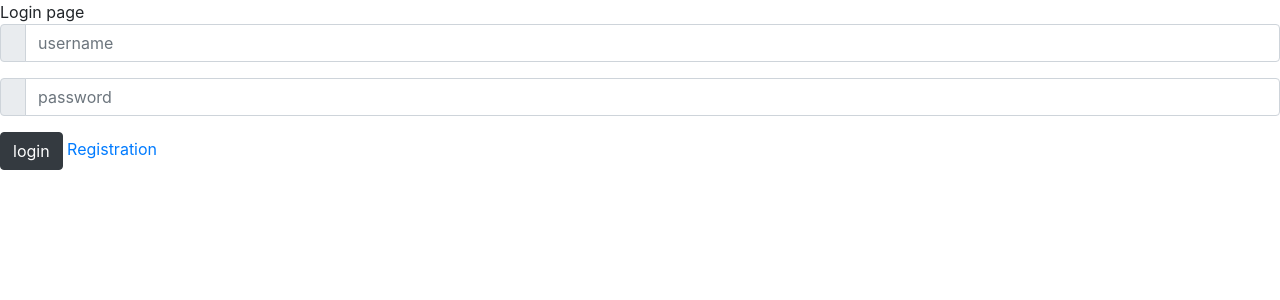
Repository: vishnushelke/LoginPage
Page: http://localhost/MyLoginPage/Login.jsp
These files come from the project's save history. The page is drawn as it stood at one moment and after the next save; the edit follows.
The browser window is 1280 px wide. The pictures show the whole page.
The page is served by Tomcat 9.

Above is the page before, as saved 2019-10-10 06:14:33.

After the next save:
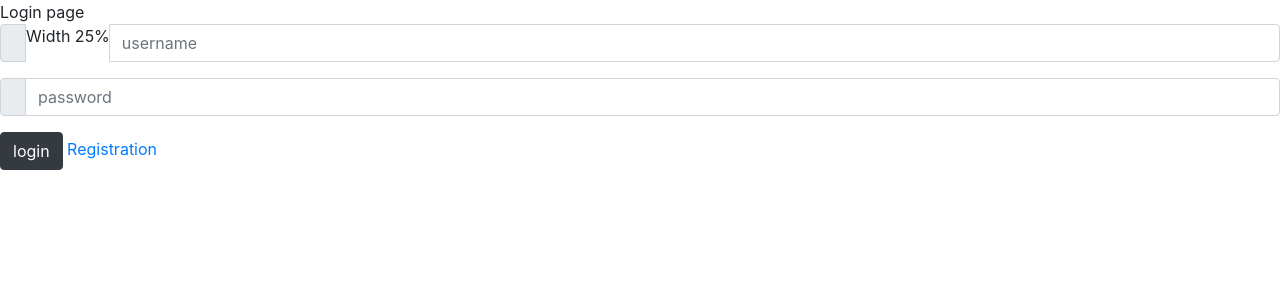
Saved 4 min 19 s later.
--- a/MyLoginPage/WebContent/Login.jsp
+++ b/MyLoginPage/WebContent/Login.jsp
@@ -19,7 +19,7 @@
 Login page<br>
 <div class="input-group mb-3">
   <div class="input-group-prepend">
-    <span class="input-group-text" id="basic-addon1"></span>
+    <span class="input-group-text" id="basic-addon1"></span>Width 25%
   </div>
   <input type="text" class="form-control" name="username" placeholder="username" aria-label="username" aria-describedby="basic-addon1">
 </div>

After the save that followed:
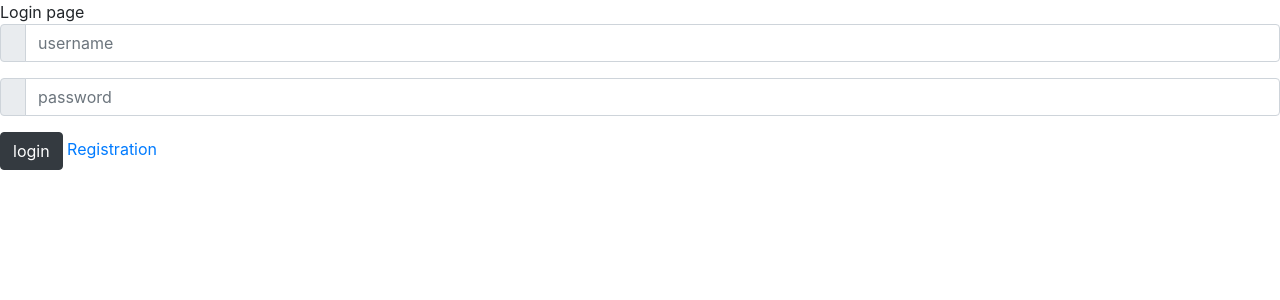
Saved 18 s later.
--- a/MyLoginPage/WebContent/Login.jsp
+++ b/MyLoginPage/WebContent/Login.jsp
@@ -19,7 +19,7 @@
 Login page<br>
 <div class="input-group mb-3">
   <div class="input-group-prepend">
-    <span class="input-group-text" id="basic-addon1"></span>Width 25%
+    <span class="input-group-text" id="basic-addon1"></span>
   </div>
   <input type="text" class="form-control" name="username" placeholder="username" aria-label="username" aria-describedby="basic-addon1">
 </div>
